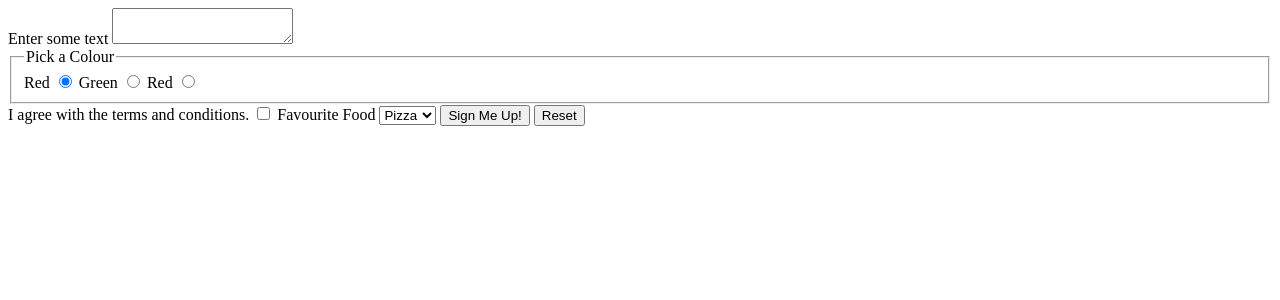
Repository: BlessingAjiboye/WEB222NBA
Page: form.html
An editor plug-in stored every save of this project. The page is shown before and after the next save, followed by the edit.
The browser window is 1280 px wide. The pictures show the whole page.

Above is the page before, as saved 2023-07-25 22:48:51.
Console error: ReferenceError: infoForm is not defined

### form.html
<!DOCTYPE html>
<html lang="en">
<head>
    <meta charset="UTF-8">
    <meta name="viewport" content="width=device-width, initial-scale=1.0">
    <title>Document</title>
</head>
<body>
    <form id="info-form" name="info" action="/i">
    <label for="text">Enter some text</label>
    <textarea id="text" name="text"></textarea>

    <fieldset>
        <legend>Pick a Colour</legend>

        <label for="colour-red">Red</label>
        <input type="radio" name="colour" id="colour-red" value="red" checked>

        <label for="colour-green">Green</label>
        <input type="radio" name="colour" id="colour-green" value="green">

        <label for="colour-blue">Red</label>
        <input type="radio" name="colour" id="colour-blue" value="blue">
    </fieldset>

    <label for="agree-disagree">I agree with the terms and conditions.</label>
    <input type="checkbox" name="agree" id="agree-disagree">

    <label for="food">Favourite Food</label>
    <select id="food" name="food">
        <option value="pizza">Pizza</option>
        <option value="tacos">Tacos</option>
        <option value="salad">Salad</option>
        <option value="other">Other</option>
    </select>
    <input type="submit" value="Sign Me Up!"> <input type="reset">
    <script src="formevent.js"></script>
</body>
</html>

### formevent.js
var form = document.querySelector('#info-form');

// Get the value form the <textarea>
var text = form.text.value.trim();

// Get the chosen colour value from the radio button group
var colour;
var colourChoices = Array.from(form.colour); // convert to array
colourChoices.forEach(function(option) {
    if(option.checked) {
        colour = option.value;
    }
});

// Get the chosen food value form the <select>
var food = "None"; // there may be nothing selected
var foodChoices = Array.from(form.food); // convert to array
foodChoices.forEach(function(option) {
    if(option.selected) {
        food = option.value;
    }
});

 // submit event fired when the user clicks "submit" button
infoForm.onsubmit = function () {
    window.alert("registration successful");
        // Perform extra validation here.  When finished validating, return
        // either `true` (form is valid) or `false` (form is invalid) to tell
        // the browser how to proceed.
    };

    // reset event fired when the user clicks a "reset" button
infoForm.onreset = function () {
    window.alert("reset");
        // If you ever need to do extra work to clear a form, do it here.
    };

After the next save:
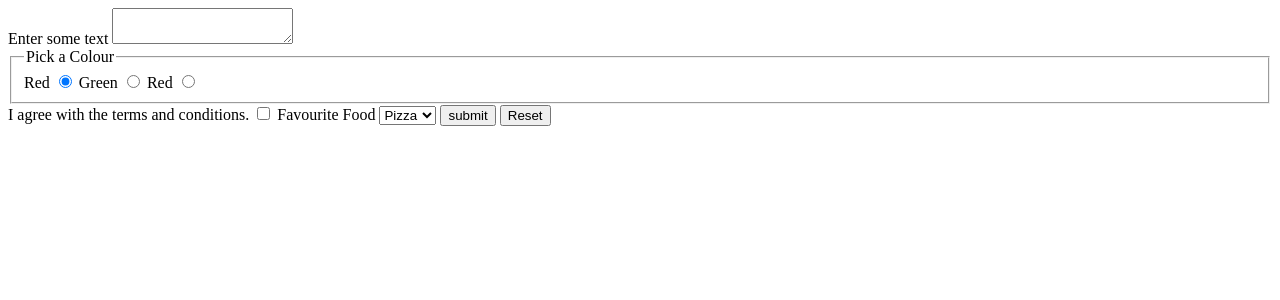
Saved 14 s later.
--- a/form.html
+++ b/form.html
@@ -33,7 +33,7 @@
         <option value="salad">Salad</option>
         <option value="other">Other</option>
     </select>
-    <input type="submit" value="Sign Me Up!"> <input type="reset">
+    <input type="submit" value="submit"> <input type="reset">
     <script src="formevent.js"></script>
 </body>
 </html>
